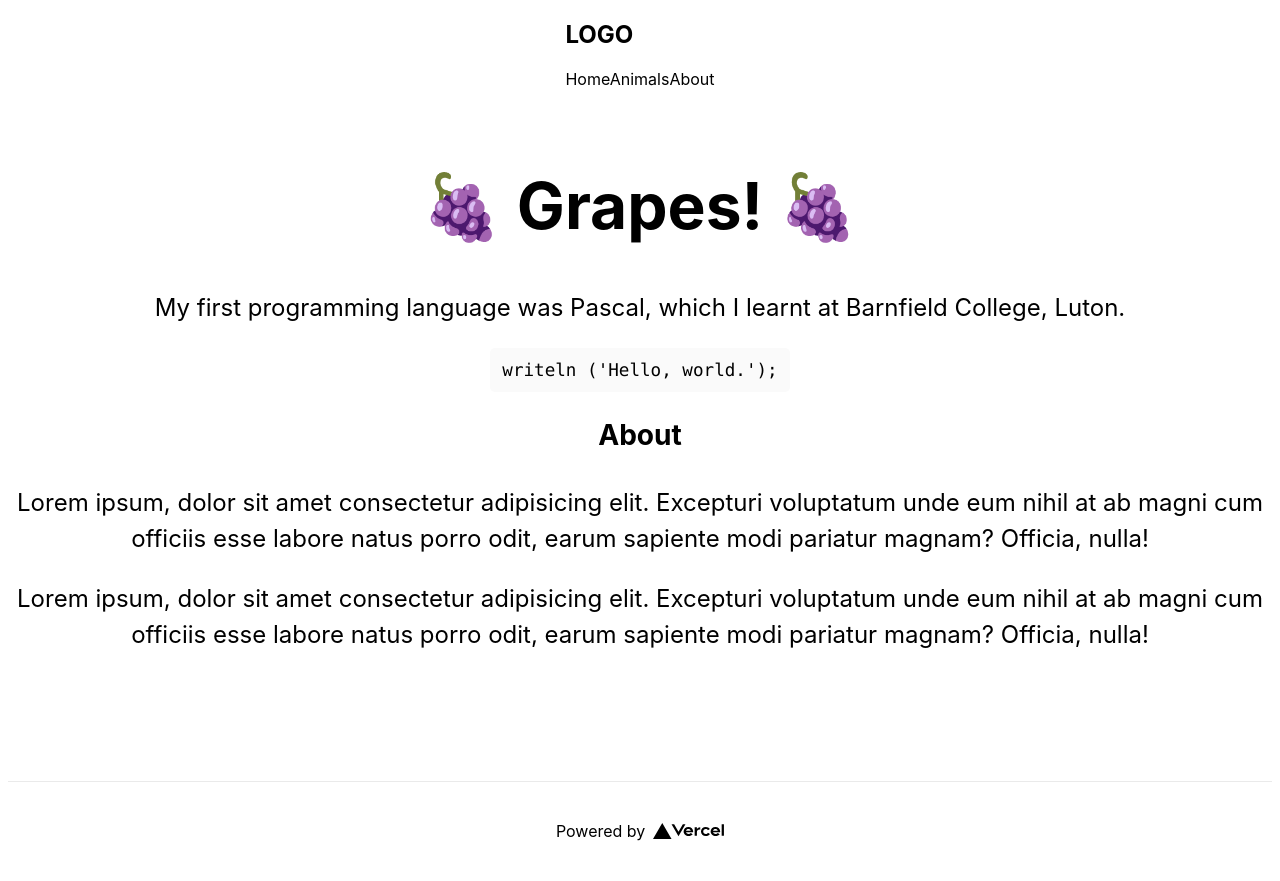
Repository: technogize/next-test-site
Page: /
An editor plug-in stored every save of this project. The page is shown before and after a run of saves, followed by the edit.
The browser window is 1280 px wide. The pictures show the whole page.
The project was rebuilt for these pictures with package versions that can differ from the ones it lists, and the page was loaded fresh each time. The framework's server and built-in components were replaced by stand-ins that run in the browser.

Above is the page before, as saved 2021-10-02 08:58:10.

### pages/index.js
import Head from 'next/head'
import Navbar from '../components/Navbar'
import styles from '../styles/Home.module.css'

export default function Home() {
  return (
    <div className={styles.container}>
      <Head>
        <title>Home 🍇 Mo's Next Site</title>
        <link rel="icon" href="/favicon.ico" />
      </Head>
      <Navbar />
      <main className={styles.main}>
        <h1 className={styles.title}>
          🍇 Grapes! 🍇
        </h1>

        <p className={styles.description}>
          <p>My first programming language was Pascal, which I learnt at Barnfield College, Luton.</p>
          <code className={styles.code}>
            writeln ('Hello, world.');
          </code>
          <h3><a href='/about'>About</a></h3>
          <p>Lorem ipsum, dolor sit amet consectetur adipisicing elit. Excepturi voluptatum unde eum nihil at ab magni cum officiis esse labore natus porro odit, earum sapiente modi pariatur magnam? Officia, nulla!</p>
          <p>Lorem ipsum, dolor sit amet consectetur adipisicing elit. Excepturi voluptatum unde eum nihil at ab magni cum officiis esse labore natus porro odit, earum sapiente modi pariatur magnam? Officia, nulla!</p>

        </p>

      </main>

      <footer className={styles.footer}>
        <a
          href="https://vercel.com?utm_source=create-next-app&utm_medium=default-template&utm_campaign=create-next-app"
          target="_blank"
          rel="noopener noreferrer"
        >
          Powered by{' '}
          <img src="/vercel.svg" alt="Vercel Logo" className={styles.logo} />
        </a>
      </footer>
    </div>
  )
}

### components/Navbar.js
import React from 'react'

const Navbar = () => {
    return (
        <nav>
            <div className='logo'>
                <h1>LOGO</h1>
            </div>
            <a href="/">Home</a>
            <a href="/animals">Animals</a>
            <a href="/about">About</a>
        </nav>
    )
}

export default Navbar

### components/Footer.js
import React from 'react'

const Footer = () => {
    return (
        <div className='Footer'>
            Copyright 2021 Mo's site
        </div>
    )
}

export default Footer

Loaded but not shown: pages/_app.js (common file); styles/globals.css (common file); styles/Home.module.css (common file)

After the next 2 saves:
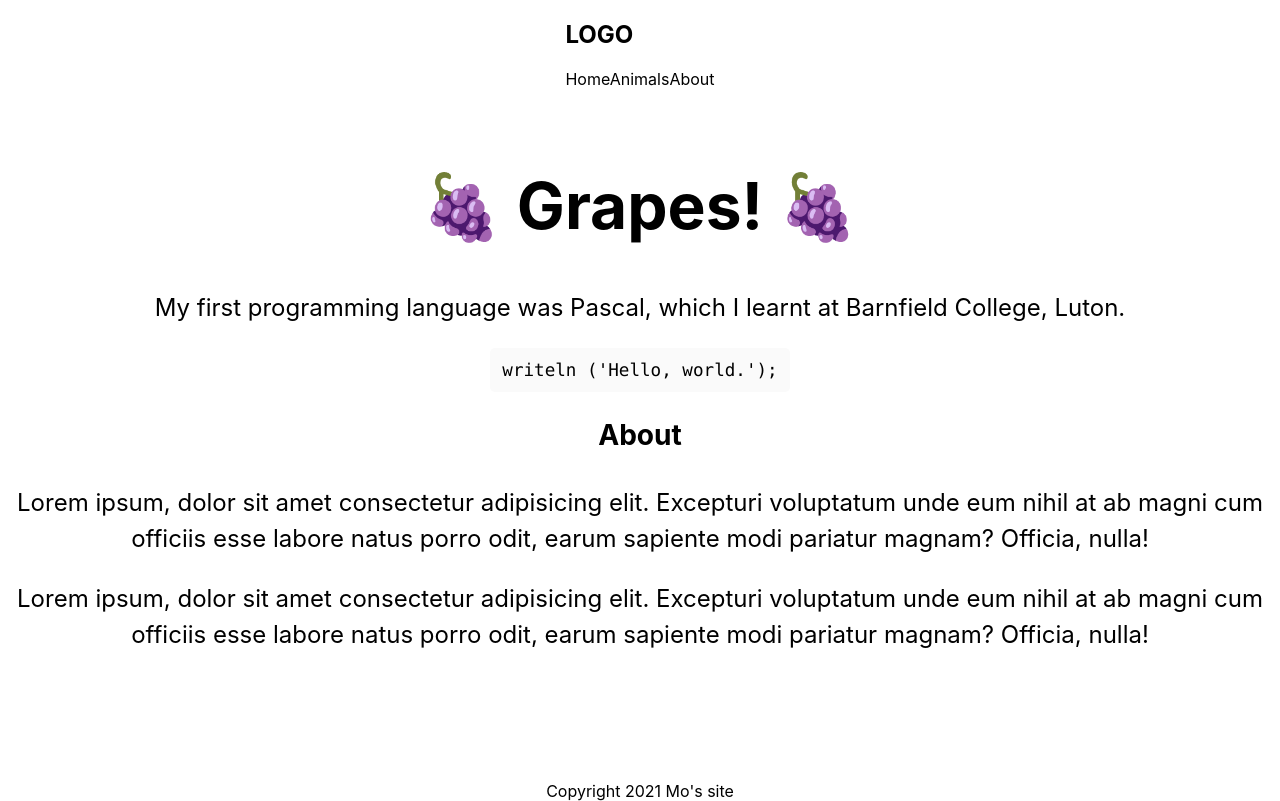
The 2 saves are shown as one change because they came seconds apart.
The last was saved 33 s later.
--- a/pages/index.js
+++ b/pages/index.js
@@ -1,5 +1,6 @@
 import Head from 'next/head'
 import Navbar from '../components/Navbar'
+import Footer from '../components/Footer'
 import styles from '../styles/Home.module.css'
 
 export default function Home() {
@@ -28,16 +29,7 @@ export default function Home() {
 
       </main>
 
-      <footer className={styles.footer}>
-        <a
-          href="https://vercel.com?utm_source=create-next-app&utm_medium=default-template&utm_campaign=create-next-app"
-          target="_blank"
-          rel="noopener noreferrer"
-        >
-          Powered by{' '}
-          <img src="/vercel.svg" alt="Vercel Logo" className={styles.logo} />
-        </a>
-      </footer>
+      <Footer />
     </div>
   )
 }
